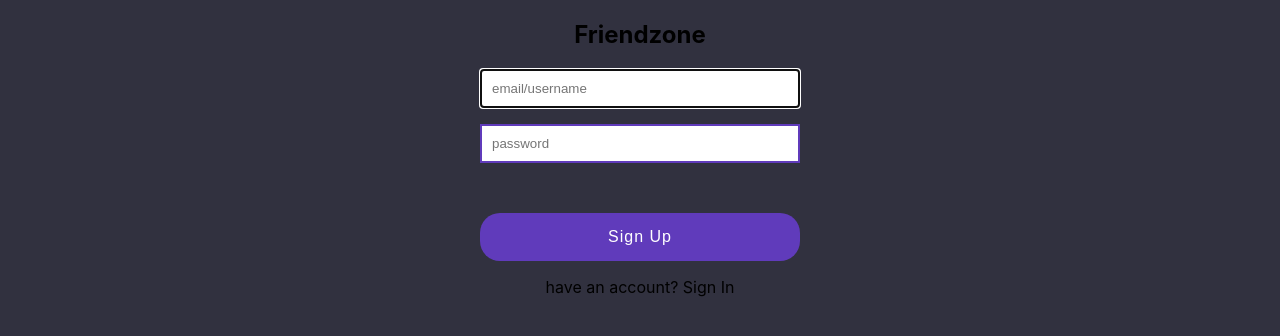
Repository: DerickT02/friend-zone
Page: /
The author's editor kept a copy of each file at every save. The page is drawn from the files as they stood at one save, then again after the next save.
The browser window is 1280 px wide. The pictures show the whole page.
The project was rebuilt for these pictures with package versions that can differ from the ones it lists, and the page was loaded fresh each time. Also part of the build but not shown: src/Appreducer.js, src/GlobalState.js, src/Post.js, src/Homepage.js, src/fire.js.

Above is the page before, as saved 2021-07-07 07:47:07.

After the next save:
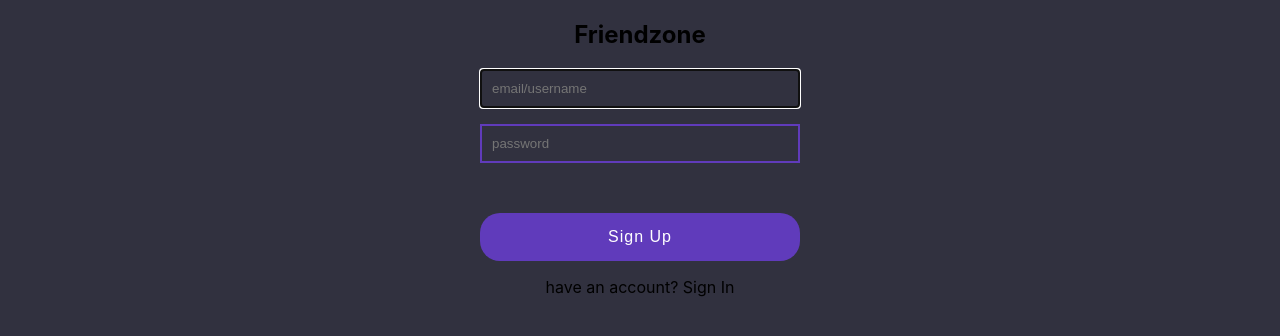
Saved 46 s later.
--- a/src/Login.css
+++ b/src/Login.css
@@ -6,6 +6,7 @@
   border: 2px solid #603bbb;
   width: 25%;
   padding: 10px;
+  background-color: rgb(49, 49, 63);
 }
 
 
